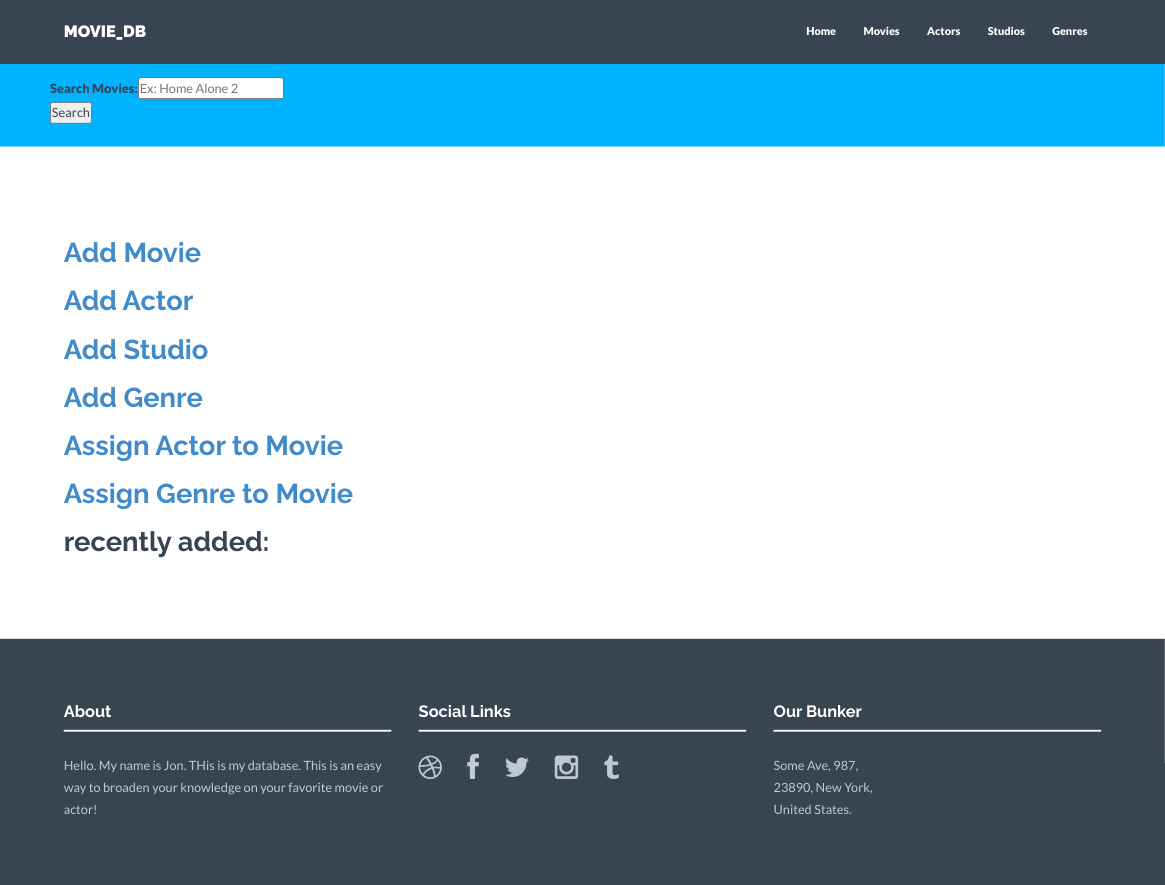
Repository: jonak91/Buzzerd-index
Page: http://localhost/admin.php
The author's editor kept a record of every edit. The page is drawn from the files as they stood at one moment, then again after the next edit.
The browser window is 1280 px wide. The pictures show the whole page, at 91% of full size.
Some web libraries are served in a nearby version. The page is run by PHP 8.4 with error messages shown; the project is at /var/www/html/. The database holds what the project's SQL file puts in it.

Above is the page before.
Not found: assets/js/modernizr.js

After the next edit:
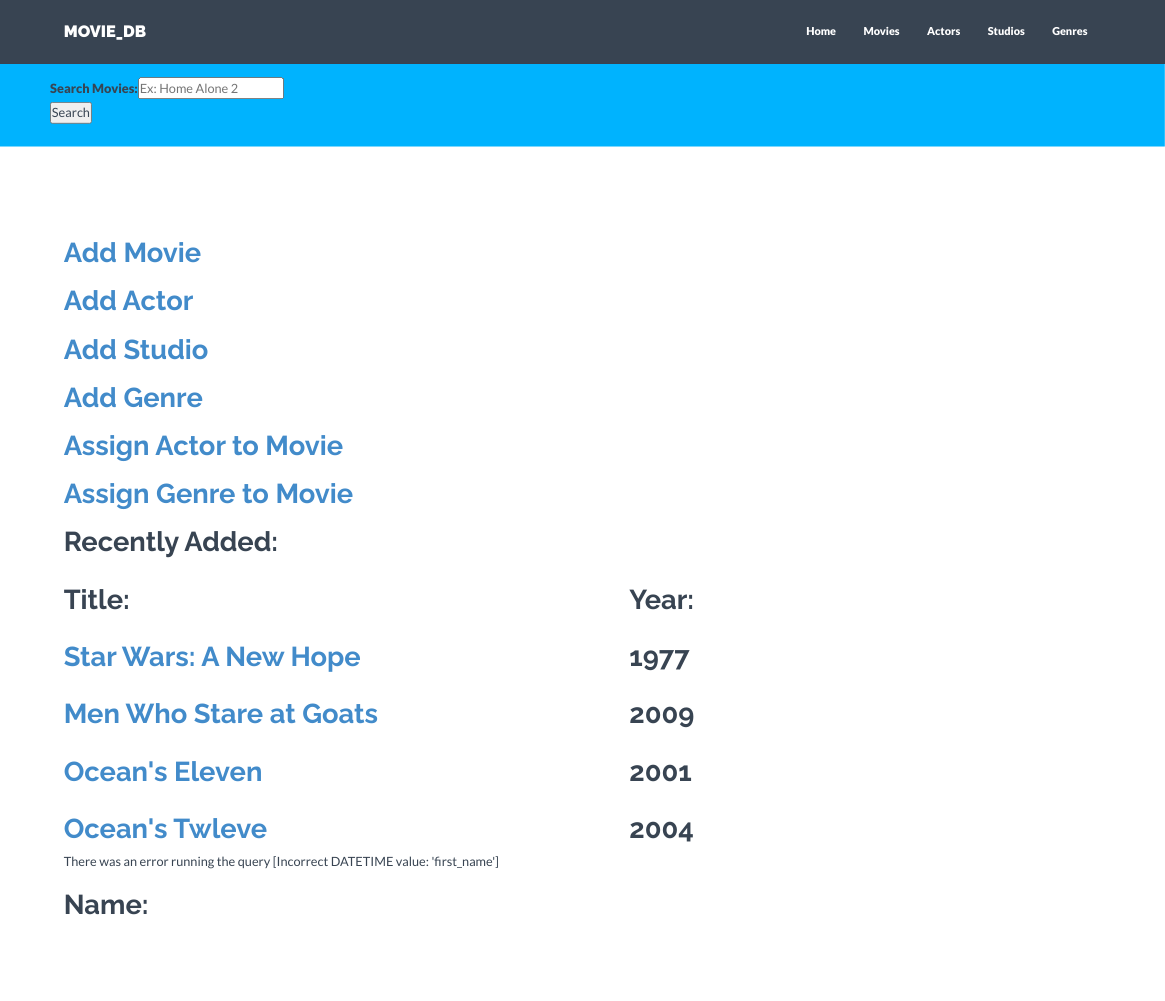
The edit:
--- a/admin.php
+++ b/admin.php
@@ -37,7 +37,36 @@
 						<h2><a href="add_genre.php">Add Genre</a></h2>
 						<h2><a href="assign_actortomovie.php">Assign Actor to Movie</a></h2>
 						<h2><a href="assign_genretomovie.php">Assign Genre to Movie</a></h2>
-						<h2>recently added:</h2>
+						<h2>Recently Added:</h2>
+						<table style="width:100%">
+					<tr>
+					<td><h2>Title:</h2></td> <td><h2>Year:</h2></td>
+					</tr>
+					<?php
+		 			$recentmovies = get_5mostrecentmovies();
+		 			foreach ($recentmovies as $recentmovie) {
+		 			?>
+					<tr>
+		 			<td><h2><a href="movie.php?mID=<?php echo $recentmovie['mID']; ?>"><?php echo $recentmovie['title']; ?></a></h2></td> <td><h2><?php echo $recentmovie['year_released']; ?></h2></td>
+		 			</tr>
+		 			<?php } ?>
+		 		</table>
+
+		 		<table style="width:100%">
+					<tr>
+					<td><h2>Name:</h2></td>
+					</tr>
+					<?php
+					$count = 0;
+		 			$recentactors = get_5mostrecentactors();
+		 			foreach ($recentactors as $recentactor) {
+		 			$count++;
+		 			?>
+					<tr>
+		 			<td><h2><a href="actor.php?aID=<?php echo $recentactor['aID']; ?>"><?php echo $recentactor['first_name'].' '.$recentactor['last_name'].' ('.$count.')'; ?></a></h2></td>
+		 			</tr>
+		 			<?php } ?>
+		 		</table>
 			</div><! --/ MAIN CONTENT AREA -->
 	 	</div><! --/row -->
 	 </div><! --/container -->
